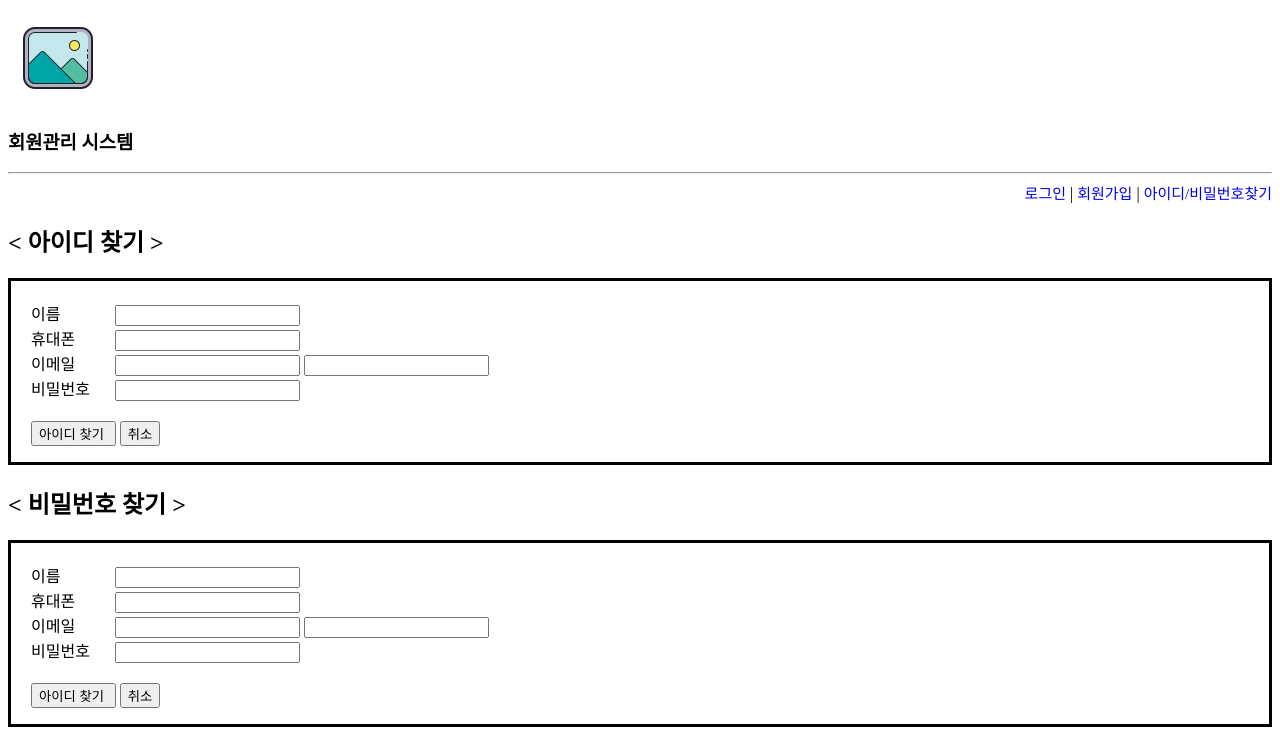
Repository: jelly02/workspace_web
Page: 04.css_basic/src/main/webapp/findMember.html
The author's editor kept a copy of each file at every save. The page is drawn from the files as they stood at one save, then again after the next save.
The browser window is 1280 px wide. The pictures show the whole page.

Above is the page before, as saved 2021-06-28 08:26:42.

After the next save:
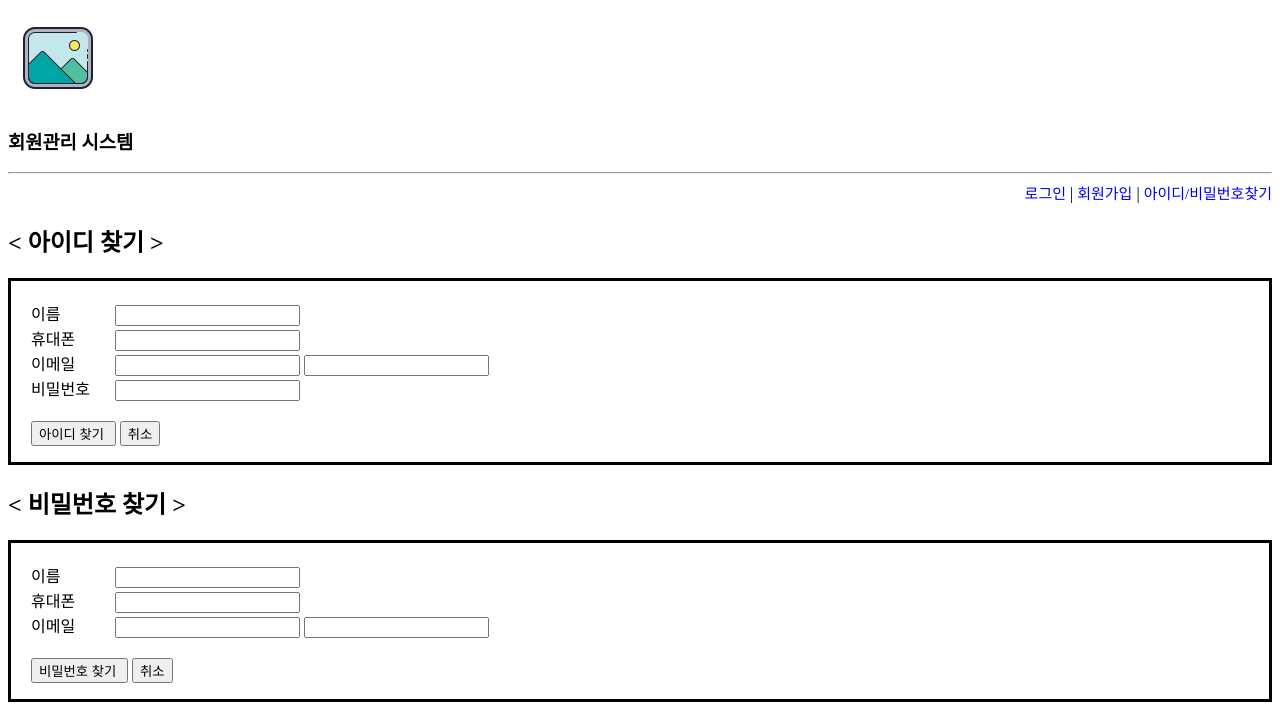
Saved 10 s later.
--- a/04.css_basic/src/main/webapp/findMember.html
+++ b/04.css_basic/src/main/webapp/findMember.html
@@ -71,13 +71,9 @@
 						<input type = "text" name="email2">
 					</div>
 
-					<div>
-						<span class="input_label">비밀번호</span>
-						<input type = "password" name="memberPw">
-					</div>
 
 					<div class = "btn">
-						<input type = "submit" value = "아이디 찾기 " >
+						<input type = "submit" value = "비밀번호 찾기 " >
 						<input type = "reset" value = "취소">
 					</div>
 				 </form>
